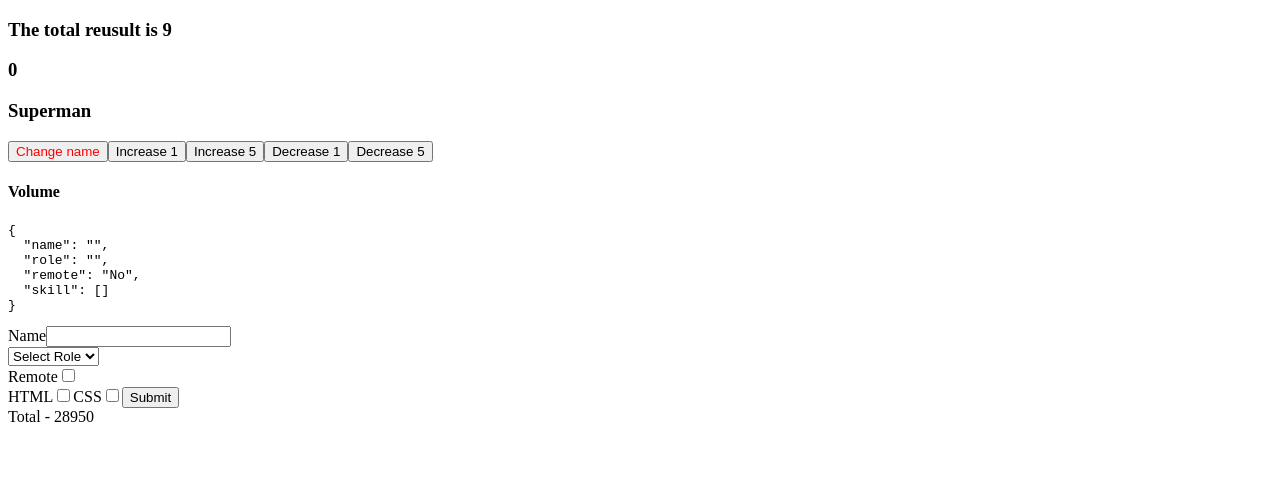
Repository: KZH2001/Vue_Practice
Page: / (app in Tutorial/)
These files come from the project's save history. The page is drawn as it stood at one moment and after the next save; the edit follows.
The browser window is 1280 px wide. The pictures show the whole page.
The project was rebuilt for these pictures with package versions that can differ from the ones it lists, and the page was loaded fresh each time. Also part of the build but not shown: Tutorial/vite.config.js.

Above is the page before, as saved 2026-01-20 22:39:42.

### Tutorial/src/App.vue


  <template>
  <h3>The total reusult is {{ add(2,3,4) }}</h3>
  <h3>{{ number  }}</h3>

  <h3 v-once>{{ name }}</h3>
  <button  v-bind:style="{color:color}" v-on:click="name = 'Batman'">Change name</button>
  <button @click="increaseNumber(1)">Increase 1</button>
  <button @click="increaseNumber(5)">Increase 5</button>
  <button @click="decreaseNumber(1)">Decrease 1</button>
  <button @click="decreaseNumber(5)">Decrease 5</button>


  <h4>Volume</h4>
  <h5></h5>

  <pre>{{ JSON.stringify(formValues, null, 2) }}</pre>


  <form action="" @submit="submitForm">
    <label for="name">Name</label>
    <input v-model="formValues.name" id="name" type="text">
    <br>

    <select name="" id="" v-model="formValues.role">
      <option value="">Select Role</option>
      <option value="Web">Web</option>
      <option value="Network">Network</option>
    </select>
    <br>

    <label for="">Remote</label>
    <input v-model="formValues.remote" type="checkbox" true-value ="Yes" false-value="No">
    <br>
    <label for="">HTML</label>
    <input v-model="formValues.skill" value="HTML" type="checkbox">

     <label for="">CSS</label>
    <input v-model="formValues.skill" value="CSS" type="checkbox">

    <button>Submit</button>
  </form>


  <!-- <di>Total - {{ items.reduce((total,curr)=> (total =  total + curr.price),0) }}</di> -->
   <div>Total - {{ items.reduce((total,curr) => (total += curr.price),0) }}</div>
  </template>

  <style scoped>

  </style>

  <script >
    export default{


      data(){
        return{
          name: 'Superman',
          color: 'red',
          number: 0,
          formValues: {
            name: '',
            role: '',
            remote: "No",
            skill: [],
          },
            items: [
              {
              id: 1,
              firstName: "Kyz",
              price: 300
              },
               {
              id: 2,
              firstName: "Rye",
              price: 1300
              },
               {
              id: 3,
              firstName: "Crt",
              price: 21030
              },
               {
              id: 4,
              firstName: "Cxz",
              price: 3120
              },
               {
              id: 5,
              firstName: "Yte",
              price: 3200
              },
            ]
        }
      },
      methods: {
      add(a,b,c){
        return a+b+c
      },

      increaseNumber(num){
        this.number += num
      },

      decreaseNumber(num){
        this.number -= num
      },

      submitForm(w){
        w.preventDefault();
        console.log("result", this.formValues)
      }

    }

  }

  </script>

Loaded but not shown: Tutorial/index.html (common file); Tutorial/src/main.js (common file)

After the next save:
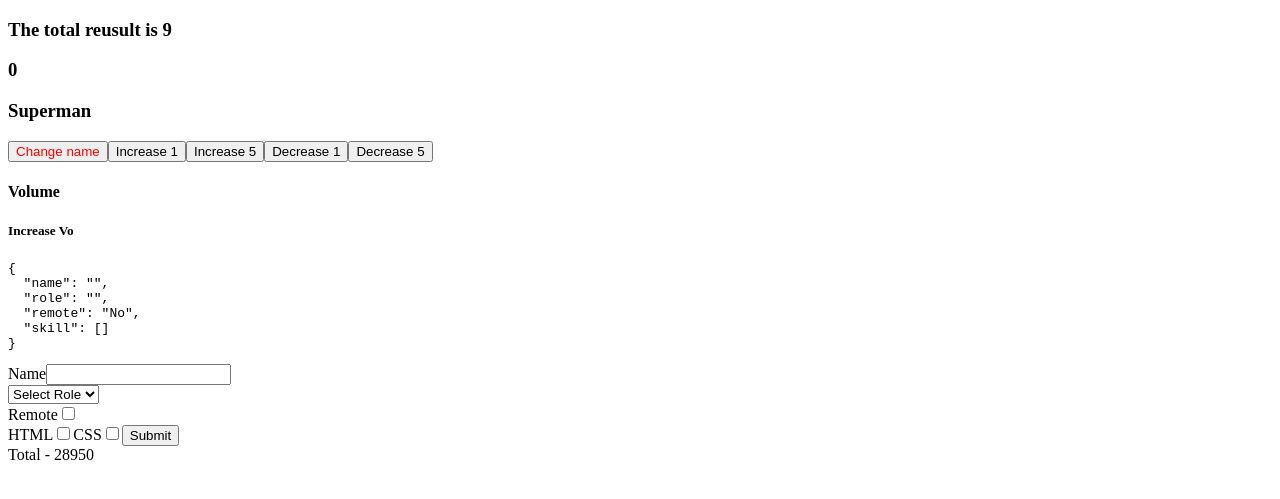
Saved 9 s later.
--- a/Tutorial/src/App.vue
+++ b/Tutorial/src/App.vue
@@ -13,7 +13,7 @@
 
 
   <h4>Volume</h4>
-  <h5></h5>
+  <h5>Increase Vo</h5>
 
   <pre>{{ JSON.stringify(formValues, null, 2) }}</pre>
 
